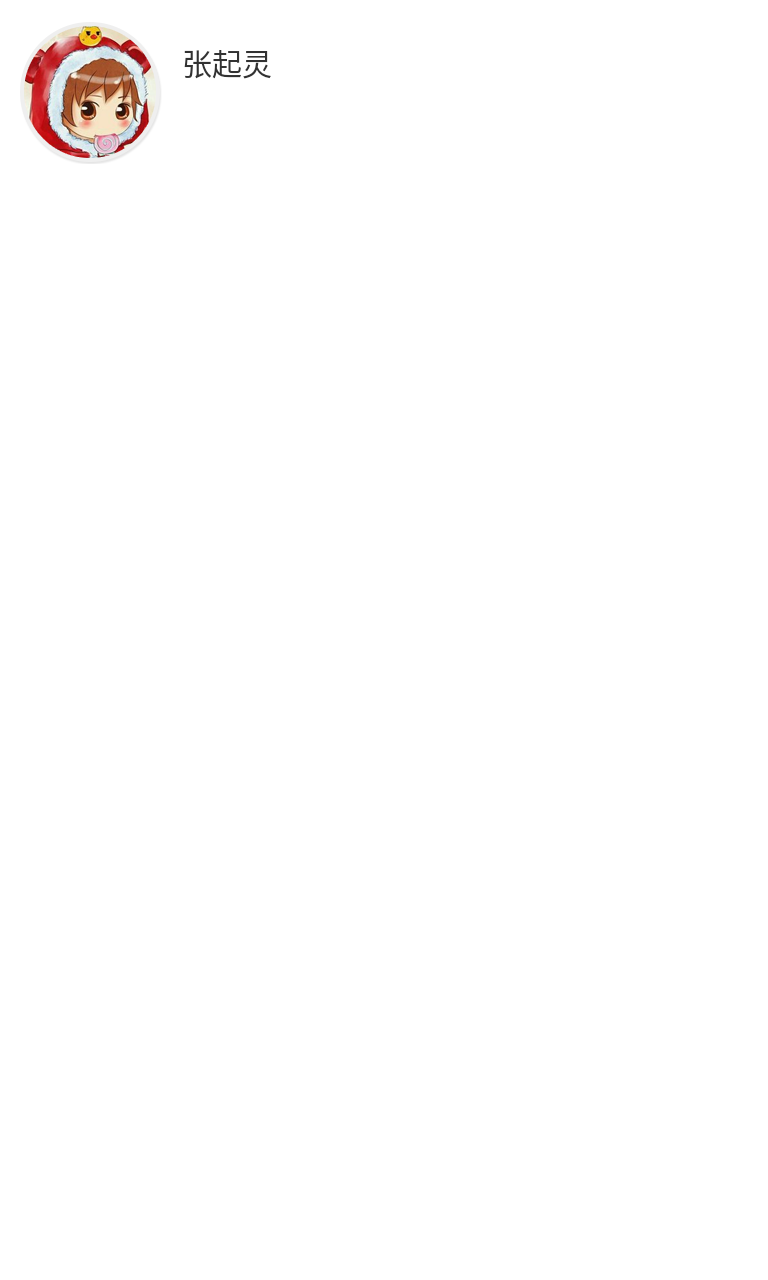
Repository: 2015-Forever/JWD
Layout: Jwd/res/layout/item_results.xml
These files come from the project's save history. The layout is drawn as it stood at one moment and after the next save; the edit follows.
It is drawn on a 768 x 1280 px phone screen (xhdpi) without system bars, with theme AppTheme; the app's code is not run.

Above is the layout before, as saved 2015-07-16 09:57:51.

### Jwd/res/layout/item_results.xml
<?xml version="1.0" encoding="utf-8"?>
<RelativeLayout xmlns:android="http://schemas.android.com/apk/res/android"
    android:layout_width="match_parent"
    android:layout_height="wrap_content"
    android:orientation="vertical" >

    <ImageView
        android:id="@+id/character_iv"
        android:layout_width="71dp"
        android:layout_height="71dp"
        android:layout_marginLeft="10dp"
        android:layout_marginTop="11dp"
        android:background="@drawable/character_image" />

    <TextView
        android:layout_width="wrap_content"
        android:layout_height="wrap_content"
        android:layout_toRightOf="@id/character_iv"
        android:text="张起灵"
        android:textSize="15sp"
        android:layout_marginTop="20dp"
        android:layout_marginLeft="10dp"/>

</RelativeLayout>

Loaded but not shown: Jwd/res/values/styles.xml (common file); Jwd/res/values-v11/styles.xml (common file); Jwd/res/values-v14/styles.xml (common file)

After the next save:
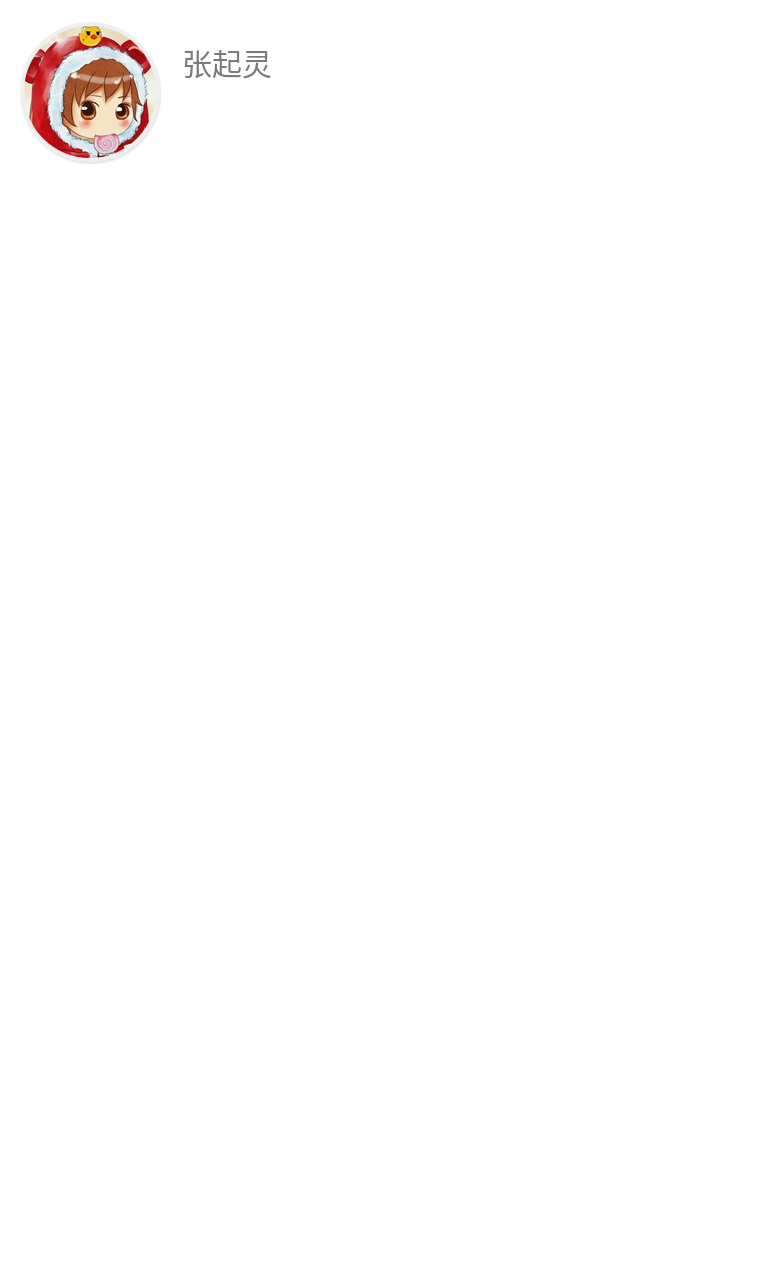
Saved 38 s later.
--- a/Jwd/res/layout/item_results.xml
+++ b/Jwd/res/layout/item_results.xml
@@ -17,6 +17,7 @@
         android:layout_height="wrap_content"
         android:layout_toRightOf="@id/character_iv"
         android:text="张起灵"
+        android:textColor="#7A7A7A"
         android:textSize="15sp"
         android:layout_marginTop="20dp"
         android:layout_marginLeft="10dp"/>

After the save that followed:
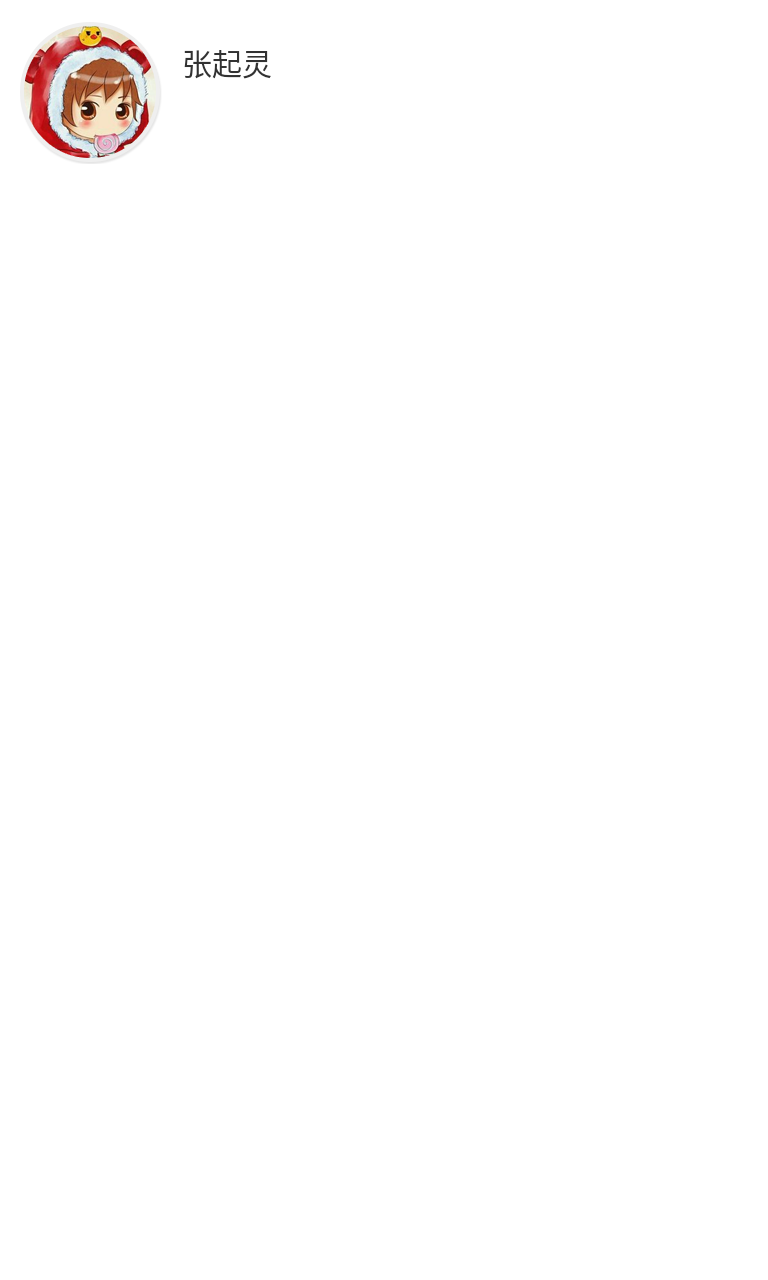
Saved 64 s later.
--- a/Jwd/res/layout/item_results.xml
+++ b/Jwd/res/layout/item_results.xml
@@ -17,7 +17,7 @@
         android:layout_height="wrap_content"
         android:layout_toRightOf="@id/character_iv"
         android:text="张起灵"
-        android:textColor="#7A7A7A"
+        android:textColor="#323232"
         android:textSize="15sp"
         android:layout_marginTop="20dp"
         android:layout_marginLeft="10dp"/>
